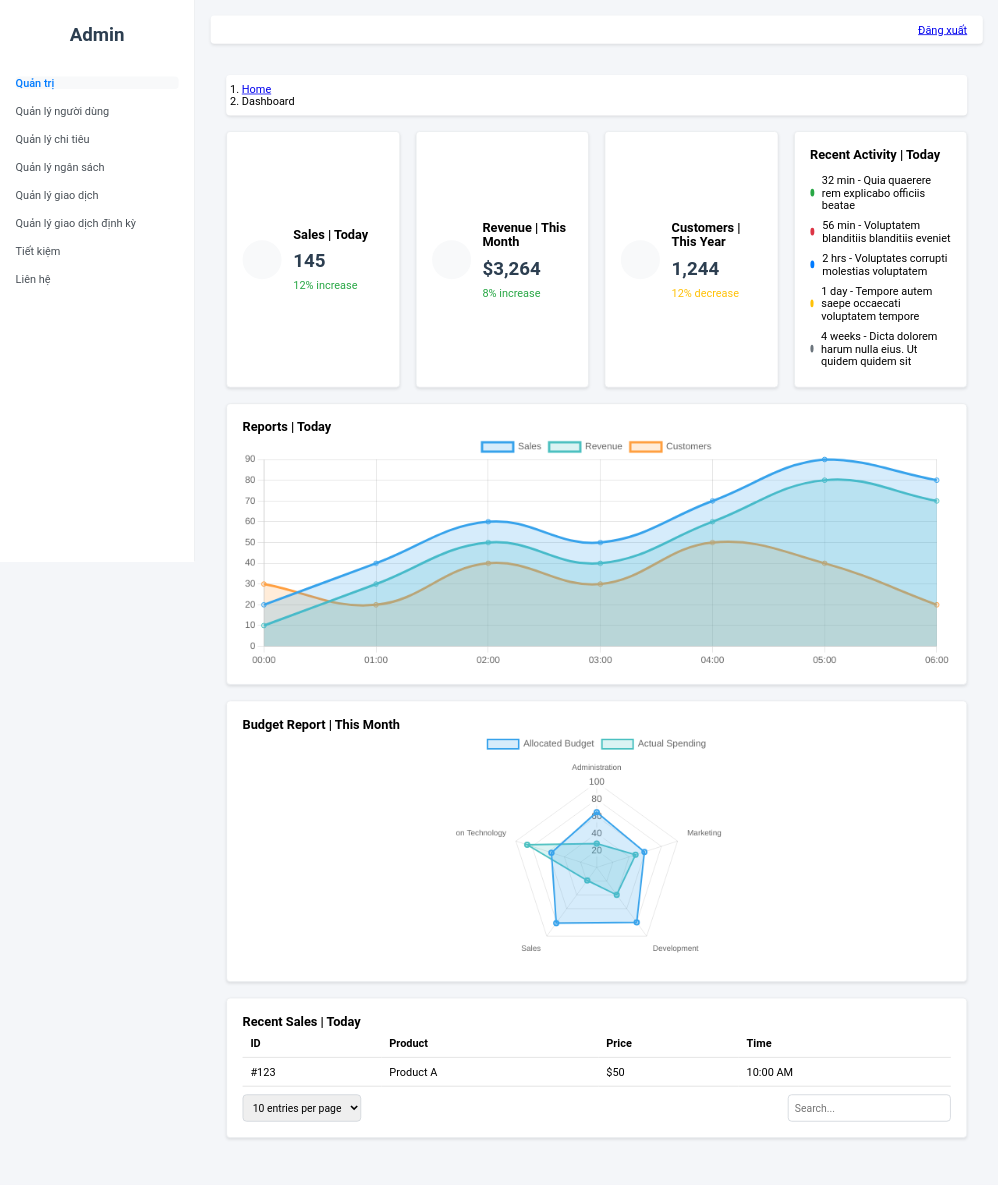
Repository: PhanVanHoa051204/Project3
Page: http://localhost/Project3/dashboard.jsp
These files come from the project's save history. The page is drawn as it stood at one moment and after the next save; the edit follows.
The browser window is 1280 px wide. The pictures show the whole page, at 78% of full size.
The page is served by Tomcat 9.

Above is the page before, as saved 2025-03-14 17:58:16.

After the next save:
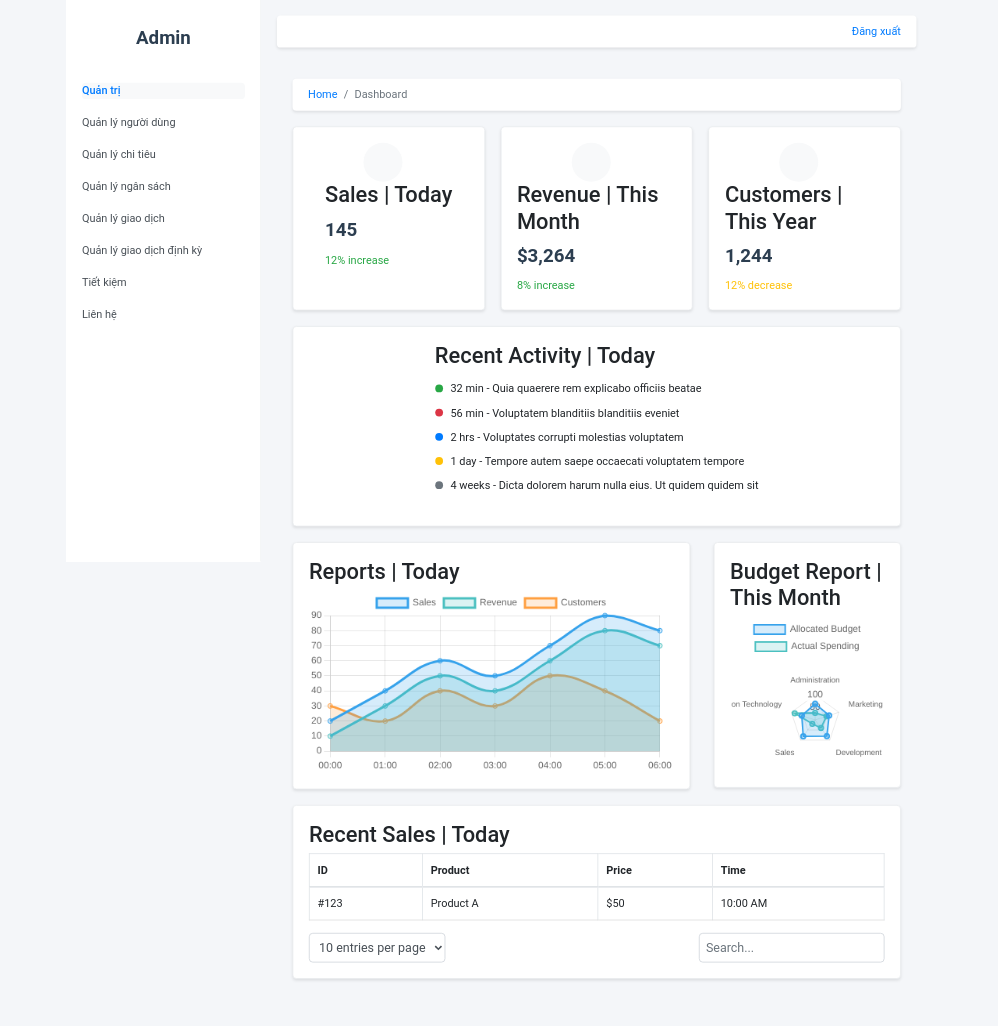
Saved 50 s later.
--- a/PhanVanHoa_2210900023_K22CNT1/Project3/src/main/webapp/dashboard.jsp
+++ b/PhanVanHoa_2210900023_K22CNT1/Project3/src/main/webapp/dashboard.jsp
@@ -6,6 +6,7 @@
 <meta charset="UTF-8">
 <meta name="viewport" content="width=device-width, initial-scale=1.0">
 <title>Admin</title>
+<link rel="stylesheet" href="https://stackpath.bootstrapcdn.com/bootstrap/4.5.2/css/bootstrap.min.css">
 <link rel="stylesheet" href="style.css">
 <script src="https://cdn.jsdelivr.net/npm/chart.js"></script>
 </head>

After the save that followed:
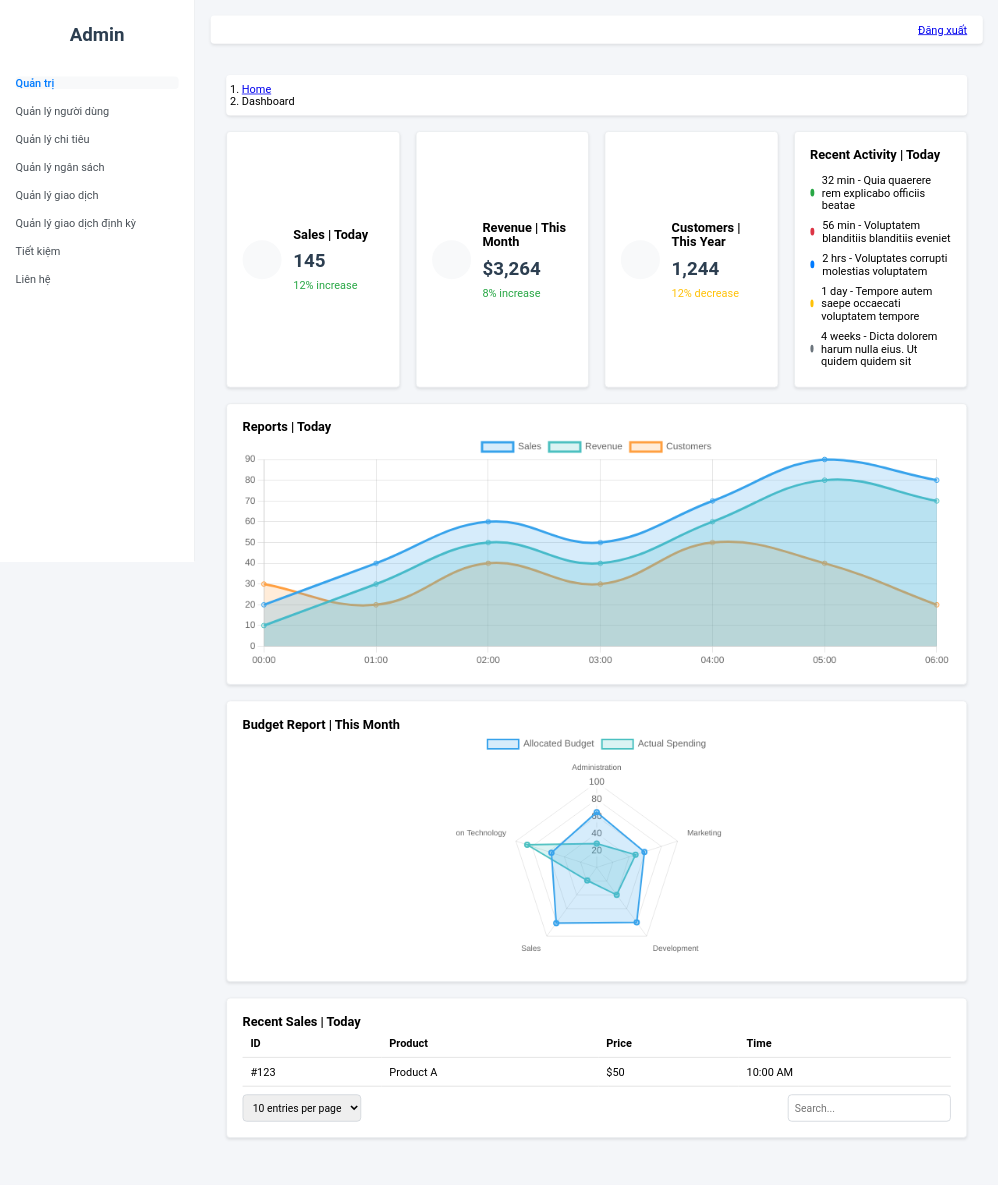
Saved 18 s later.
--- a/PhanVanHoa_2210900023_K22CNT1/Project3/src/main/webapp/dashboard.jsp
+++ b/PhanVanHoa_2210900023_K22CNT1/Project3/src/main/webapp/dashboard.jsp
@@ -6,7 +6,7 @@
 <meta charset="UTF-8">
 <meta name="viewport" content="width=device-width, initial-scale=1.0">
 <title>Admin</title>
-<link rel="stylesheet" href="https://stackpath.bootstrapcdn.com/bootstrap/4.5.2/css/bootstrap.min.css">
+
 <link rel="stylesheet" href="style.css">
 <script src="https://cdn.jsdelivr.net/npm/chart.js"></script>
 </head>
